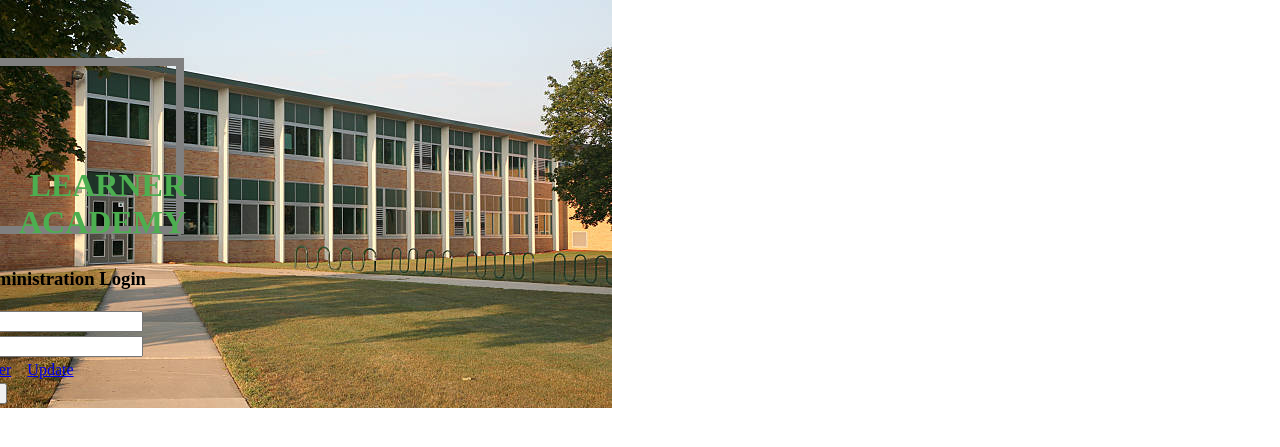
Repository: priyankagit8692/Phase_2_SimpliLearn-
Page: http://localhost/LearnerAcademyProject/AdminLogin.jsp
These files come from the project's save history. The page is drawn as it stood at one moment and after the next save; the edit follows.
The browser window is 1280 px wide. The pictures show the whole page.
The page is served by Tomcat 9.

Above is the page before, as saved 2021-03-20 15:09:45.

After the next save:
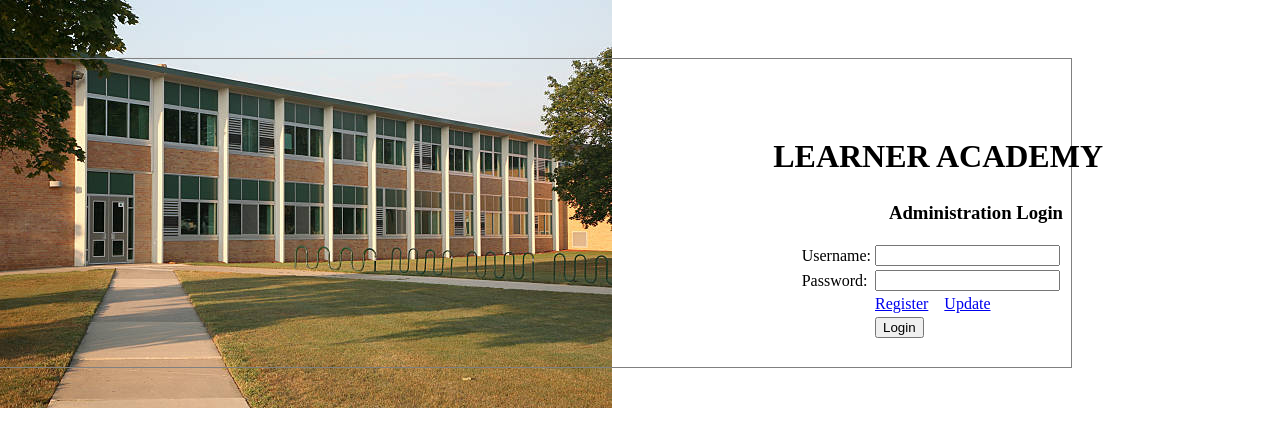
Saved 23 s later.
--- a/FinalProjectPhase2/LearnerAcademyProject/WebContent/AdminLogin.jsp
+++ b/FinalProjectPhase2/LearnerAcademyProject/WebContent/AdminLogin.jsp
@@ -13,19 +13,13 @@ body {
   max-width: 200%;
   height: auto;
 }
-
 div {
-  border: 8px solid gray;
-  height: 95%;
+  border: 1px solid gray;
+  padding: 8px;
   transform: translate(-200px,50px);
-  width: 300px;
-  height: 100px;
-  padding: 30px;
-
 }
 h1{
   transform: translate(40px,50px);
-  color: #4CAF50;
 }
 </style>
 <body>
